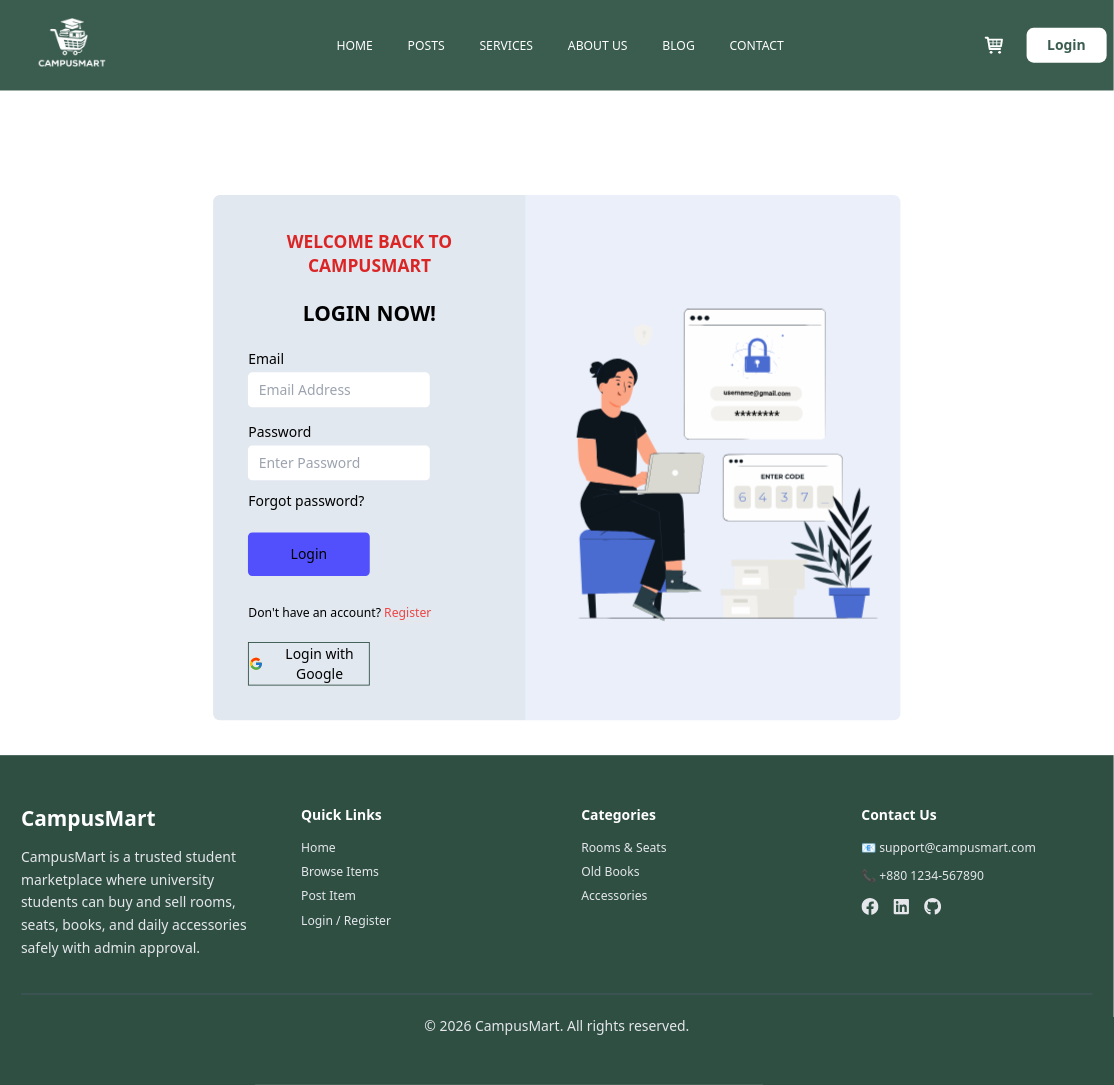
Repository: jahidhasanri/CAMPUSMART
Page: /login
The author's editor kept a copy of each file at every save. The page is drawn from the files as they stood at one save, then again after the next save.
The browser window is 1280 px wide. The pictures show the whole page, at 87% of full size.
The project was rebuilt for these pictures with package versions that can differ from the ones it lists, and the page was loaded fresh each time. Also part of the build but not shown: vite.config.js, src/components/Banner.jsx, src/Pages/Home.jsx, src/Pages/Register.jsx.

Above is the page before, as saved 2026-01-13 23:26:59.

After the next save:
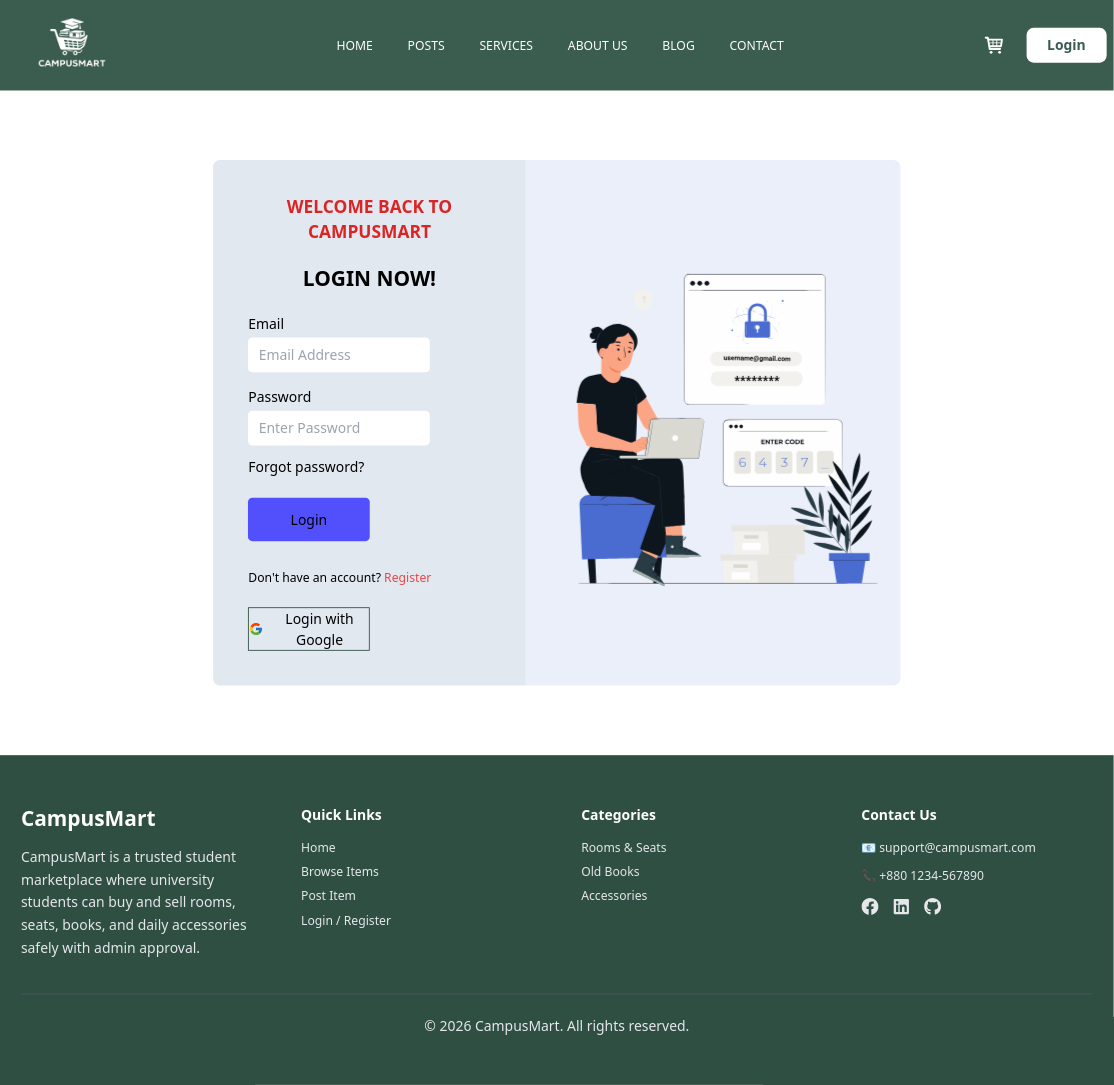
Saved 22 s later.
--- a/src/Pages/Login.jsx
+++ b/src/Pages/Login.jsx
@@ -70,7 +70,7 @@
 //   }
 
   return (
-   <div className="container mx-auto pt-20 lg:w-8/12 my-10 px-4 sm:px-6 md:px-8">
+   <div className="container mx-auto lg:pt-10 lg:pb-10 lg:w-8/12 my-10 px-4 sm:px-6 md:px-8">
   <div className="flex flex-col lg:flex-row xl:flex-row items-center gap-6 bg-[#ebeffa] rounded-lg overflow-hidden">
 
      {/* Form */}
